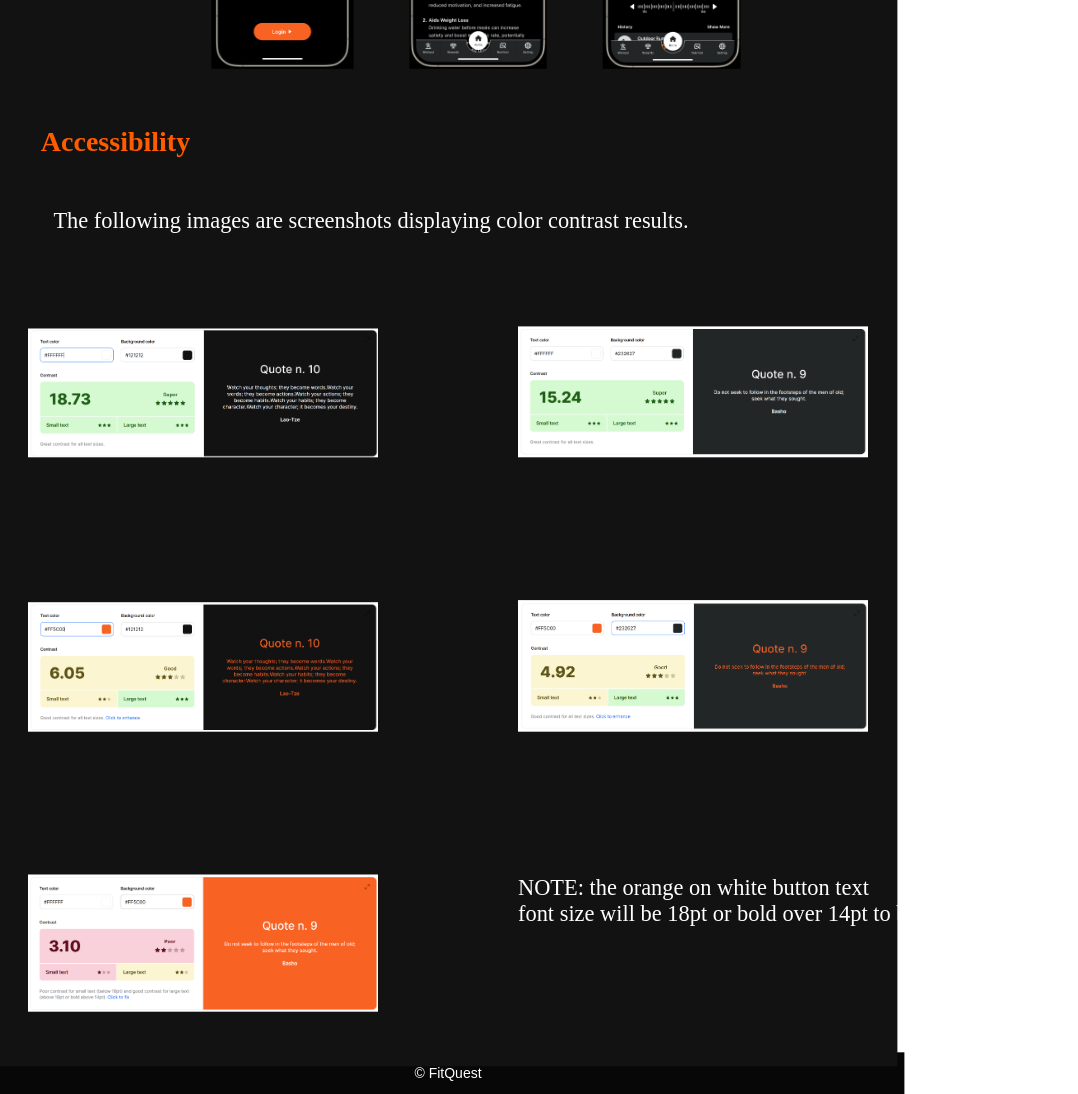
Repository: KyannaKrueger/a5styleguide
Page: /colors
The author's editor kept a copy of each file at every save. The page is drawn from the files as they stood at one save, then again after the next save.
The browser window is 1280 px wide. The page is 1540 px wide, so the pictures cover 1540 px, including what lies to the right of the window. The pictures show the part of the page from y = 2826 to 4426 px (the page is 4389 px tall before and 4426 px after), at 70% of full size.
The project was rebuilt for these pictures with package versions that can differ from the ones it lists, and the page was loaded fresh each time. The framework's server and built-in components were replaced by stand-ins that run in the browser. Also part of the build but not shown: next.config.mjs.

Above is the page before, as saved 2024-04-09 12:24:02.

After the next save:
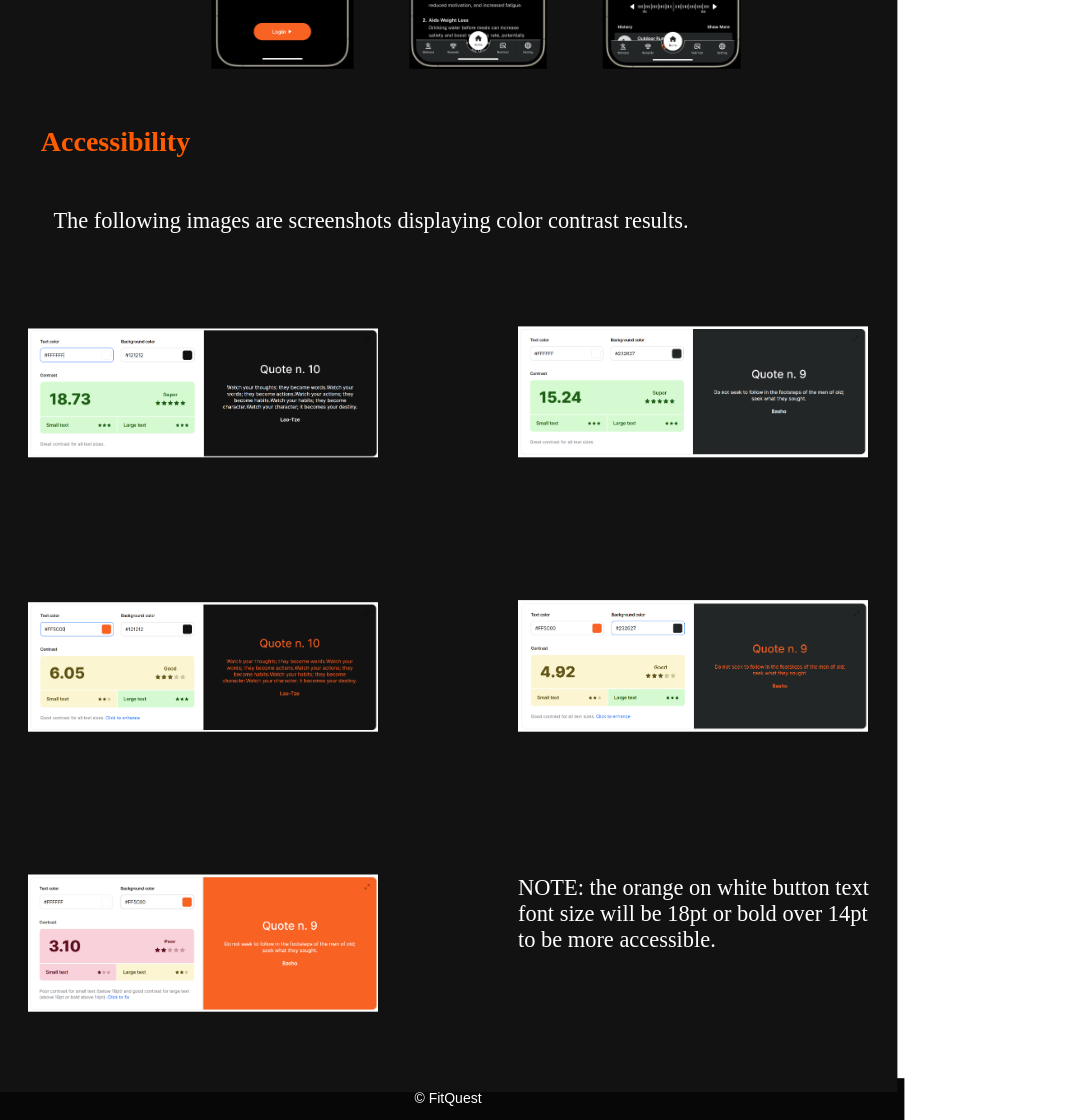
Saved 7 s later.
--- a/pages/colors.js
+++ b/pages/colors.js
@@ -46,7 +46,7 @@
           <img src="/newOB.png" className={styles.accessiblePic}/>
           <img src="/accessibleOG.png" className={styles.accessiblePic}/>
           <img src="/accessibleWO.png" className={styles.accessiblePic}/>
-          <p className={styles.accessibleP}>NOTE: the orange on white button text<br/> font size will be 18pt or bold over 14pt to be more accessible.</p>
+          <p className={styles.accessibleP}>NOTE: the orange on white button text<br/> font size will be 18pt or bold over 14pt<br/> to be more accessible.</p>
          </div>
         </main>
         <Footer/>
